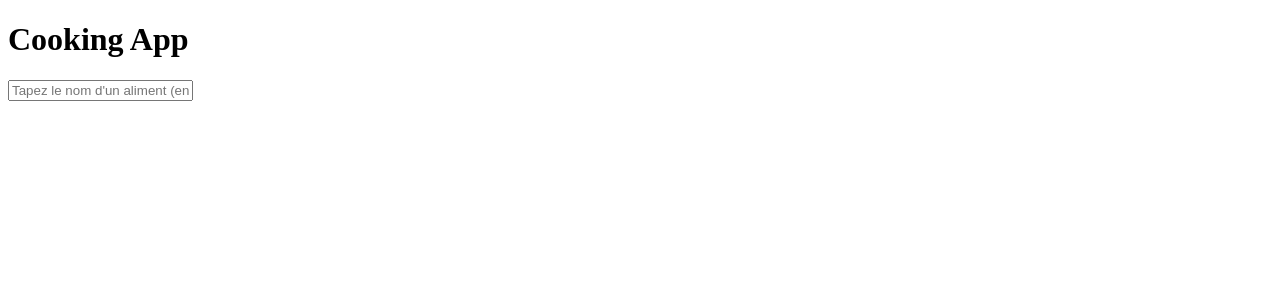
Repository: MaxLeBaboul/cooking-app
Page: /
An editor plug-in stored every save of this project. The page is shown before and after the next save, followed by the edit.
The browser window is 1280 px wide. The pictures show the whole page.
The page's requests for data from a server got no answer. The project was rebuilt for these pictures with package versions that can differ from the ones it lists, and the page was loaded fresh each time. No one was signed in, and anything a server would have sent is missing. Also part of the build but not shown: src/components/Card.jsx.

Above is the page before, as saved 2023-09-09 06:03:17.

After the next save:
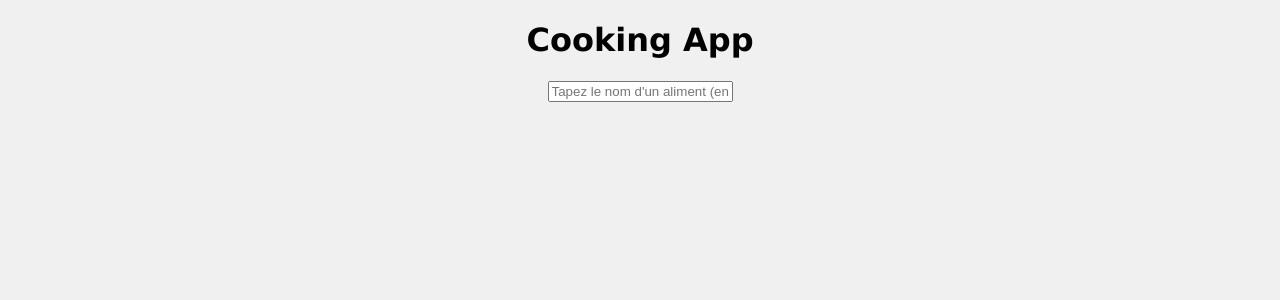
Saved 84 s later.
--- a/src/index.css
+++ b/src/index.css
@@ -2,3 +2,9 @@
   padding: 0;
   box-sizing: border-box;
 }
+body {
+  font-family: "Lucida Sans", "Lucida Sans Regular", "Lucida Grande",
+    "Lucida Sans Unicode", Geneva, Verdana, sans-serif;
+  text-align: center;
+  background: rgb(240, 240, 240);
+}
